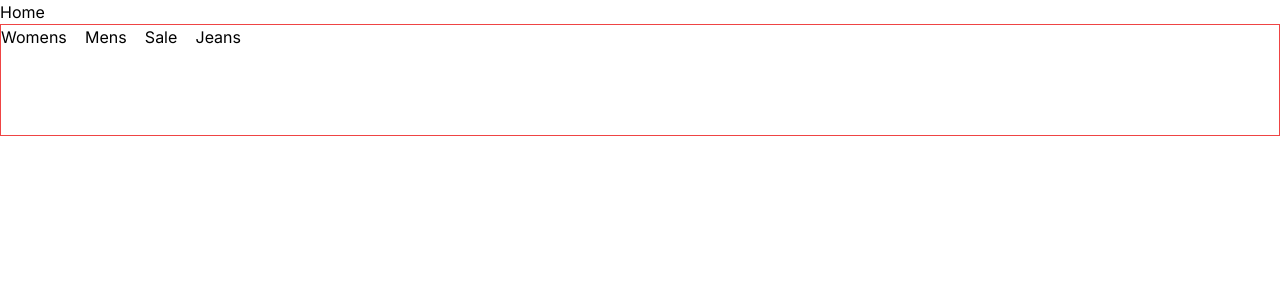
Repository: harrywebb21/stil-clothing
Page: /
The author's editor kept a copy of each file at every save. The page is drawn from the files as they stood at one save, then again after the next save.
The browser window is 1280 px wide. The pictures show the whole page.
The project was rebuilt for these pictures with package versions that can differ from the ones it lists, and the page was loaded fresh each time. The framework's server and built-in components were replaced by stand-ins that run in the browser. Also part of the build but not shown: next.config.js.

Above is the page before, as saved 2023-06-08 15:43:48.

### src/app/page.js
"use client";
import Image from "next/image";
import Navbar from "./components/Navbar";

export default function Home() {
  return (
    <div>
      <h1>Home</h1>
      <Navbar />
    </div>
  );
}

### src/app/components/Navbar.js
export default function Navbar() {
  return (
    <div className=" border border-red-500 h-28">
      <ul className=" flex justify-between w-60">
        <li>
          <a href="/womens">Womens</a>
        </li>
        <li>
          <a href="/mens">Mens</a>
        </li>
        <li>
          <a href="/sale">Sale</a>
        </li>
        <li>
          <a href="/jeans">Jeans</a>
        </li>
      </ul>
    </div>
  );
}

Loaded but not shown: src/app/layout.js (common file); src/app/globals.css (common file); tailwind.config.js (common file)

After the next save:
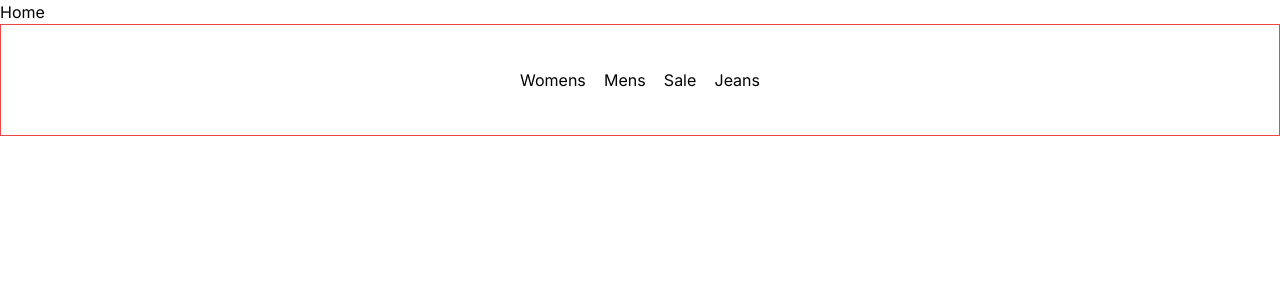
Saved 37 s later.
--- a/src/app/components/Navbar.js
+++ b/src/app/components/Navbar.js
@@ -1,6 +1,6 @@
 export default function Navbar() {
   return (
-    <div className=" border border-red-500 h-28">
+    <div className=" border border-red-500 h-28 flex justify-center items-center">
       <ul className=" flex justify-between w-60">
         <li>
           <a href="/womens">Womens</a>
